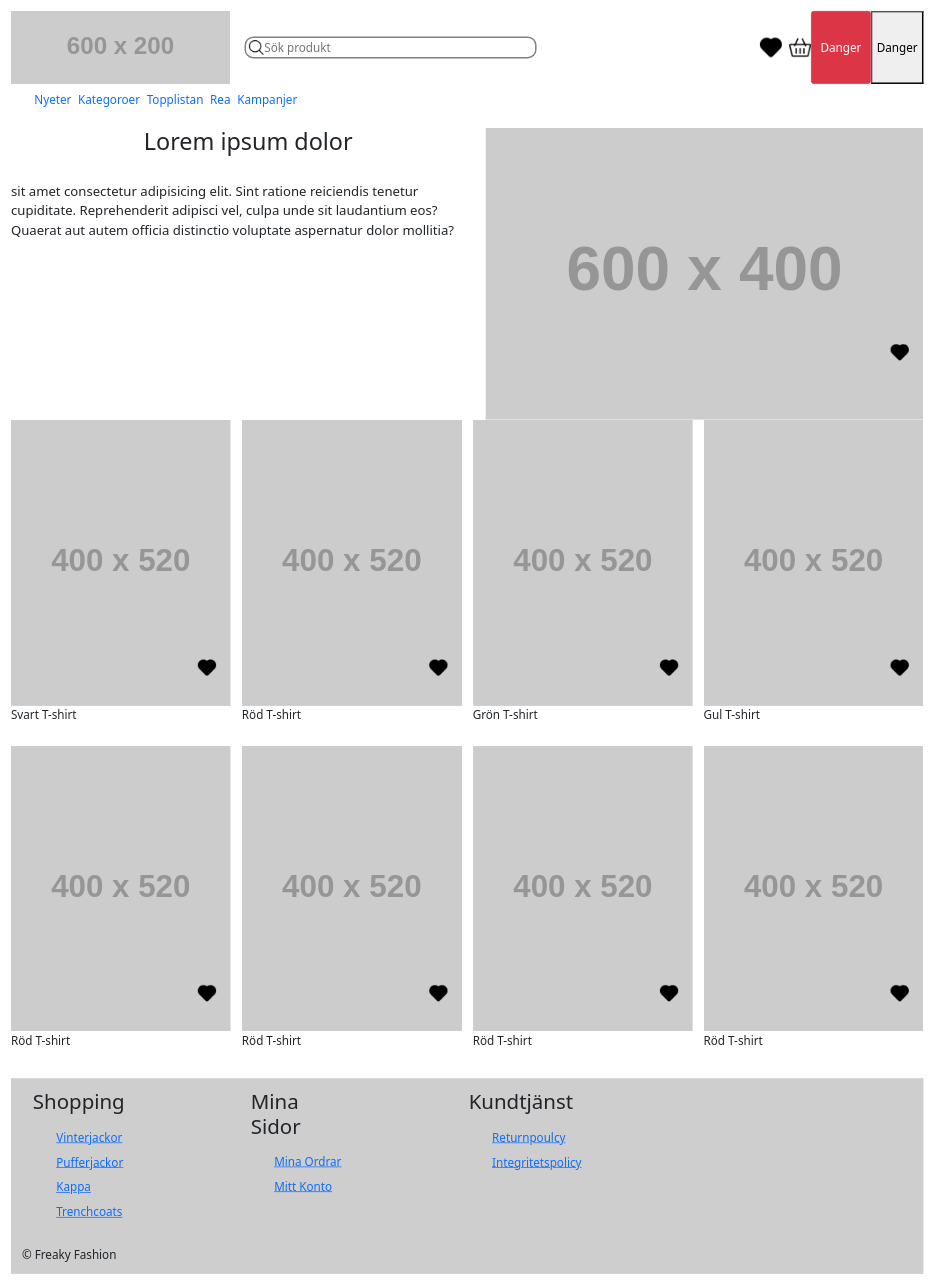
Repository: Kalle1995/project
Page: index.html
The author's editor kept a copy of each file at every save. The page is drawn from the files as they stood at one save, then again after the next save.
The browser window is 1280 px wide. The pictures show the whole page, at 73% of full size.

Above is the page before, as saved 2024-10-06 19:07:50.

After the next save:
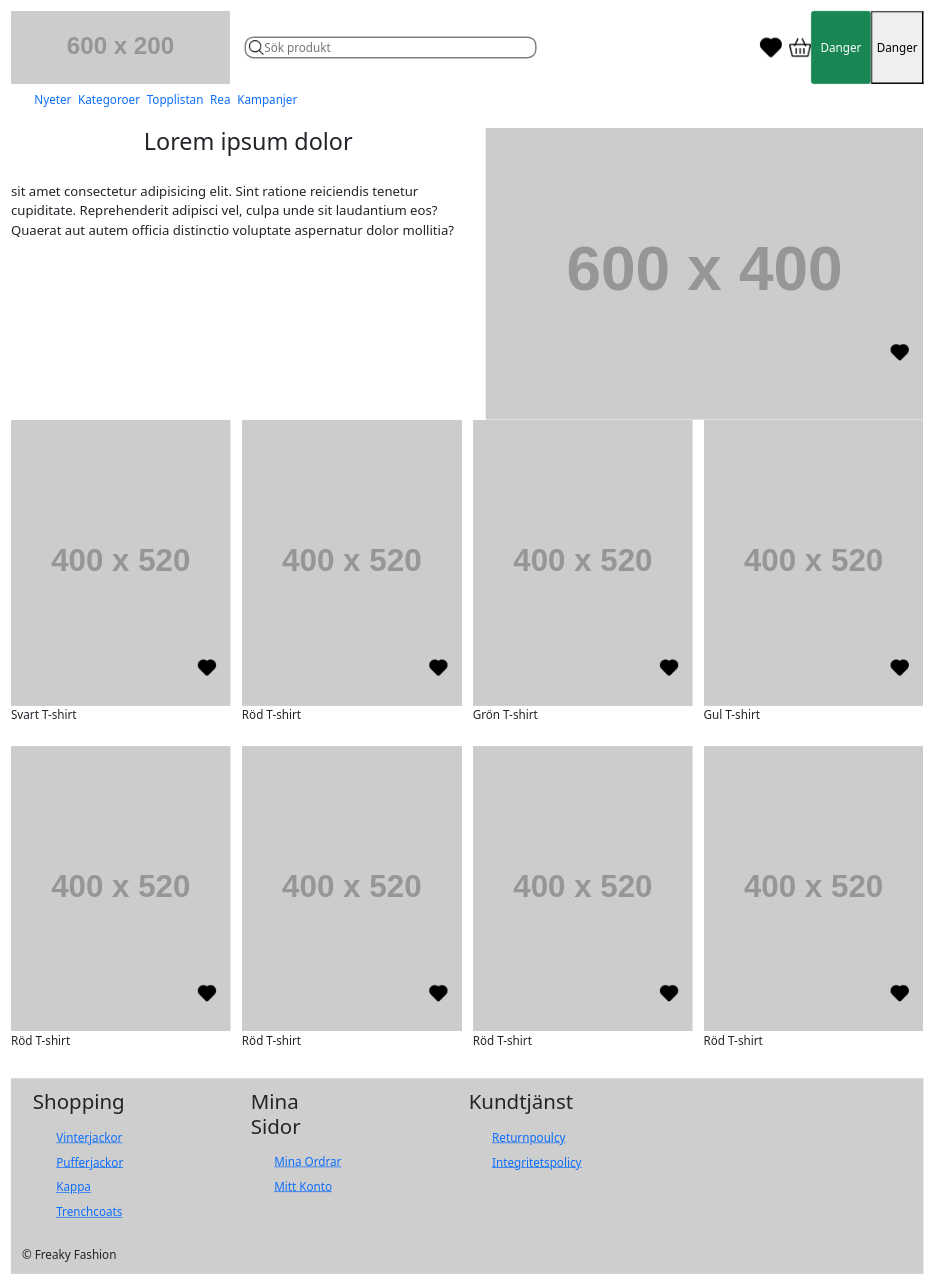
Saved 25 s later.
--- a/index.html
+++ b/index.html
@@ -24,7 +24,7 @@
           </div>
         </div>
 
-        <button type="button" class="btn btn-danger">Danger</button>
+        <button type="button" class="btn btn-success">Danger</button>
         <button type="button">Danger</button>
       </div
 
